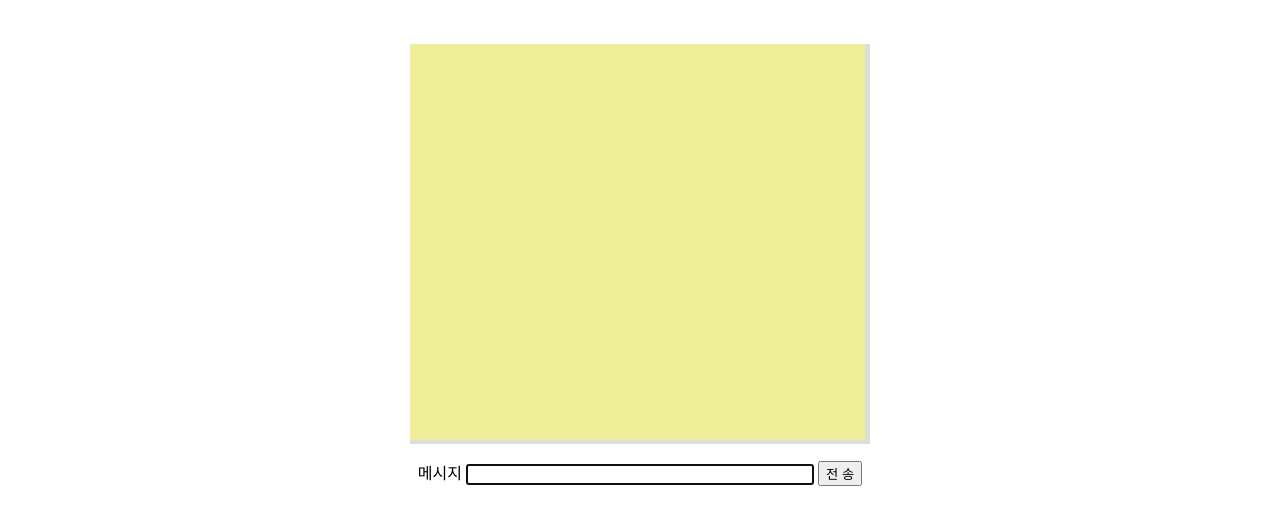
Repository: kalmia26/Capstone
Page: LectureSystem/WebContent/chat_client.html
An editor plug-in stored every save of this project. The page is shown before and after the next save, followed by the edit.
The browser window is 1280 px wide. The pictures show the whole page.

Above is the page before, as saved 2017-05-24 01:51:35.

After the next save:
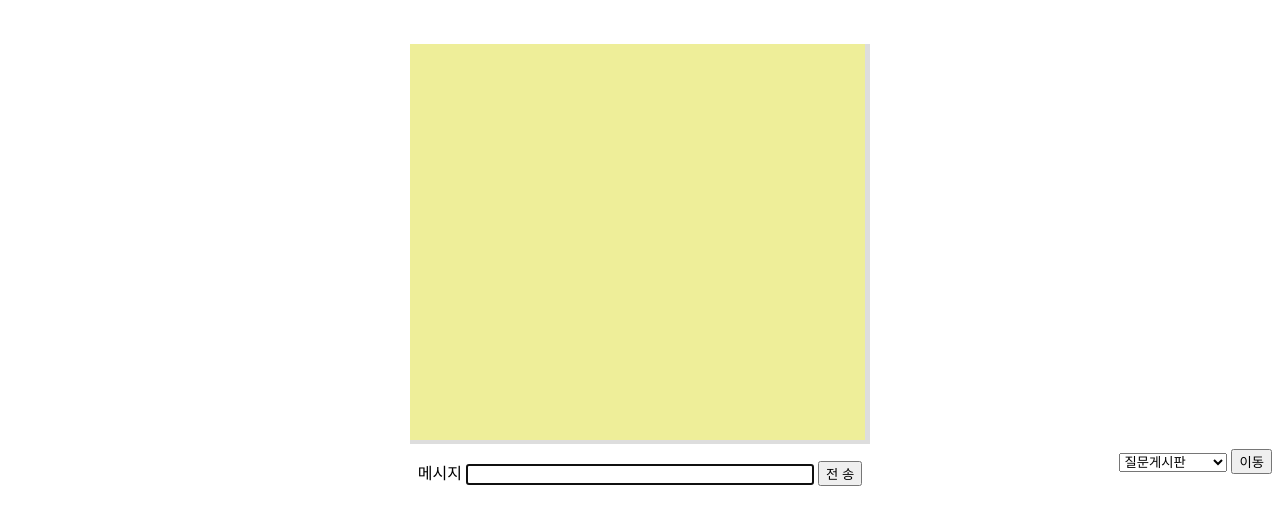
Saved 15 s later.
--- a/LectureSystem/WebContent/chat_client.html
+++ b/LectureSystem/WebContent/chat_client.html
@@ -118,6 +118,27 @@ function sendResultHandler(){
   </form>
  </div>
  </center>
+<table width="100%" cellpadding="0" cellspacing="0" border="0">
+  <tr><td colspan="4" height="5"></td></tr>
+  <tr align="right">
 
+   <td>
+<form action="selectMove.jsp" method="post" >
+
+		<select name="List">
+    	  <option value="1">질문게시판</option>
+          <option value="2">자료공유게시판</option>
+          <option value="3">과제게시판</option>
+          <option value="4">설정</option>
+		</select>
+
+		<input type="submit" value="이동">
+
+		</form>
+	</td>
+
+  </tr>
+	</table>
+ </div>
 </body>
  </html>
